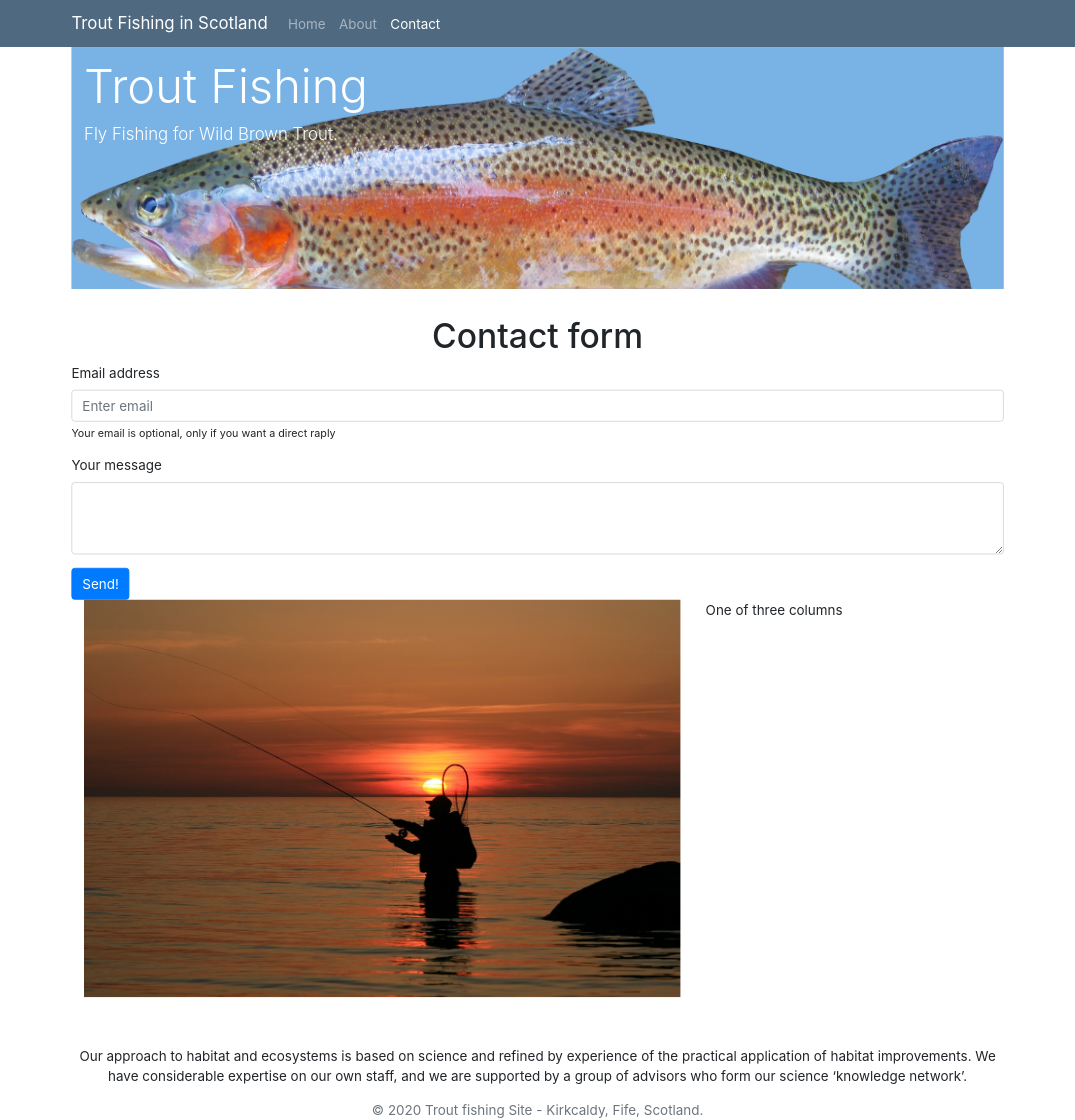
Repository: adrian9211/College_project
Page: contact.html
These files come from the project's save history. The page is drawn as it stood at one moment and after a run of saves; the edit follows.
The browser window is 1280 px wide. The pictures show the whole page, at 84% of full size.

Above is the page before, as saved 2020-11-04 09:36:26.

After the next 2 saves:
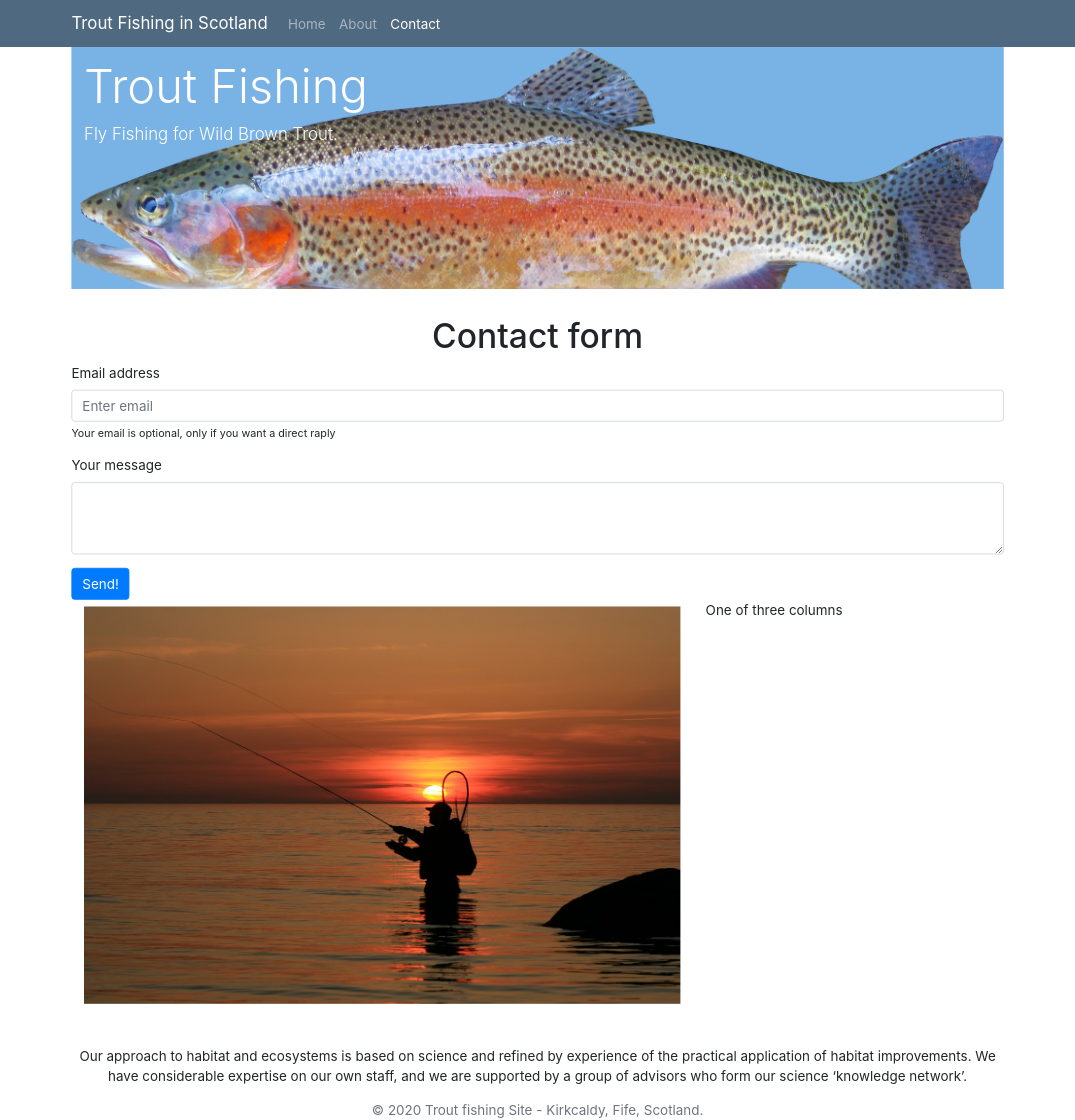
The 2 saves are shown as one change because they came seconds apart.
The last was saved 36 s later.
--- a/contact.html
+++ b/contact.html
@@ -65,10 +65,11 @@
       <div class="container">
         <div class="row">
           <div class="col-sm-8">
-            <img src="img/large/angler-3308264_1280.jpg" alt="angler" class="img-fluid">
             <h1 class="lead">
 
             </h1>
+            <img src="img/large/angler-3308264_1280.jpg" alt="angler" class="img-fluid">
+
           </div>
           <div class="col-sm-4">
             One of three columns
